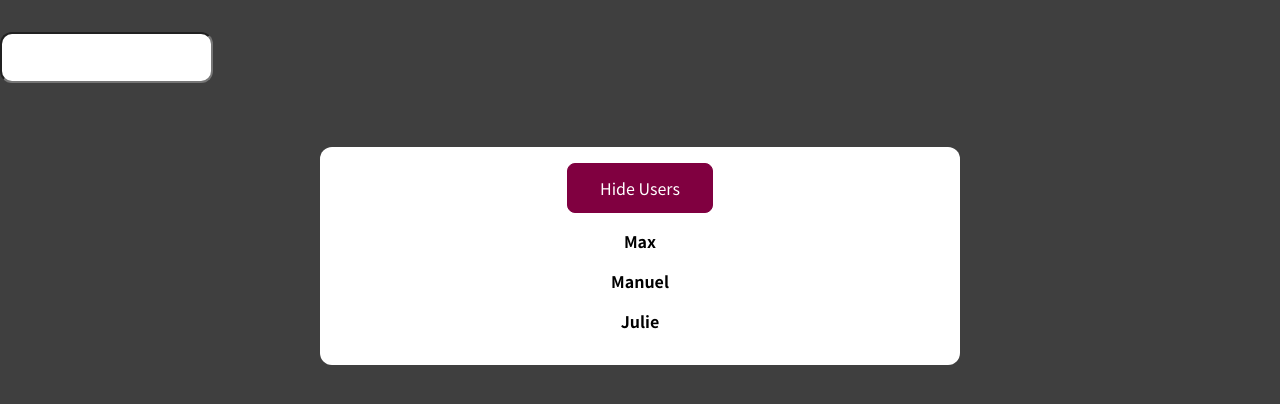
Repository: prathmeshgodbole/React-Class-Based
Page: /
The author's editor kept a copy of each file at every save. The page is drawn from the files as they stood at one save, then again after the next save.
The browser window is 1280 px wide. The pictures show the whole page.
The project was rebuilt for these pictures with package versions that can differ from the ones it lists, and the page was loaded fresh each time.

Above is the page before, as saved 2021-07-15 15:23:30.

After the next save:
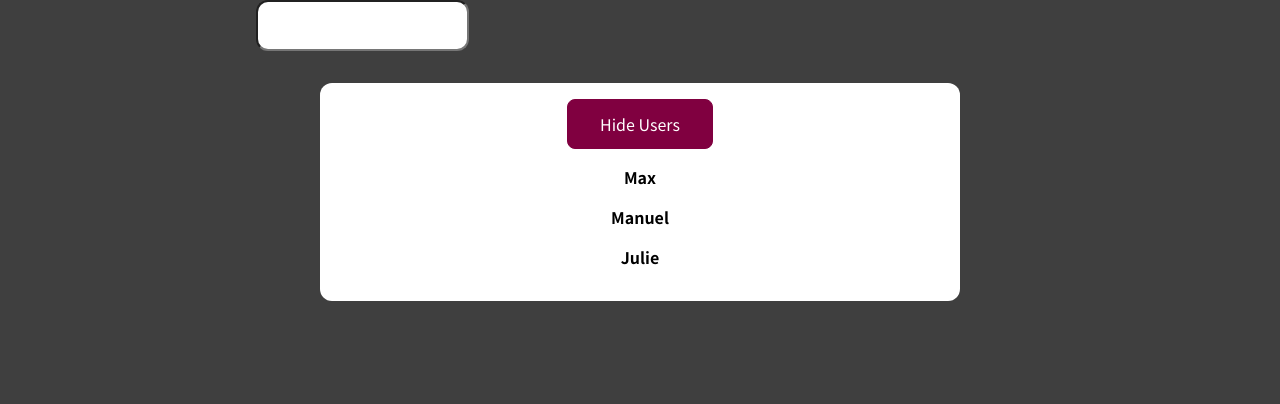
Saved 6 s later.
--- a/src/components/UserFinder.module.css
+++ b/src/components/UserFinder.module.css
@@ -1,6 +1,6 @@
 .finder {
     margin-left: 20%;
-    margin: 2rem auto;
+    /* margin: 2rem auto; */
     background-color: white;
     padding: 1rem;
     border-radius: 12px;
